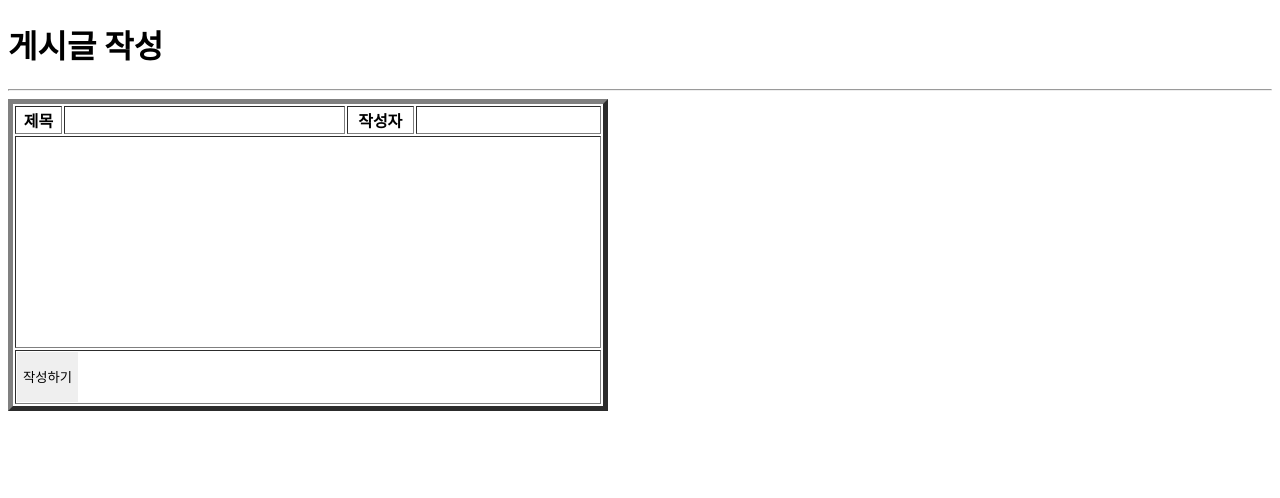
Repository: bbookk1104/spring-workspace
Page: http://localhost/02_SpringMVC_CRUD/boardWriteFrm.do
An editor plug-in stored every save of this project. The page is shown before and after the next save, followed by the edit.
The browser window is 1280 px wide. The pictures show the whole page.
The page is served by Tomcat 9.

Above is the page before, as saved 2022-10-04 05:33:25.

After the next save:
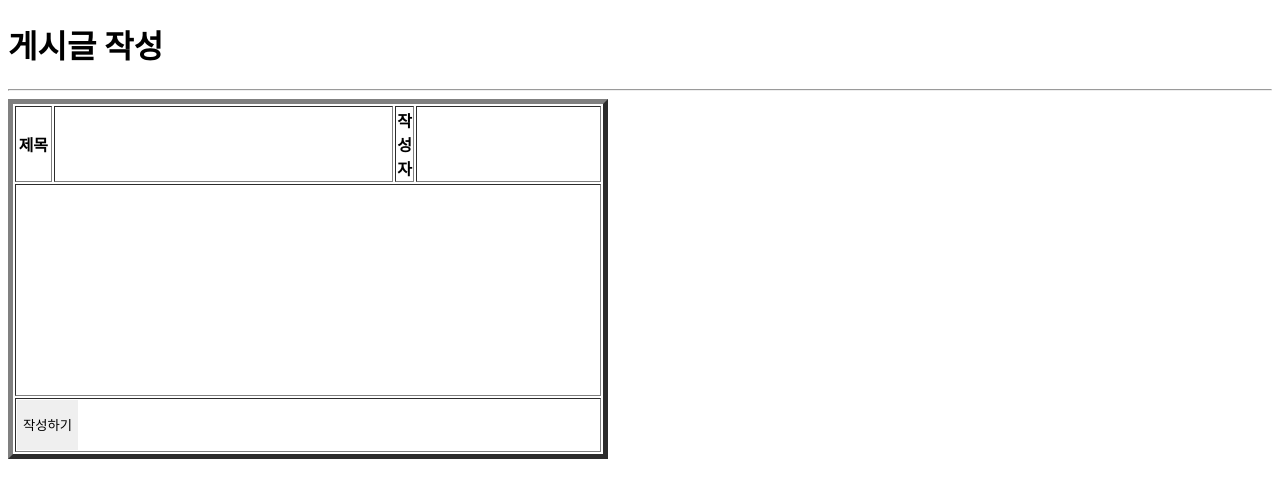
Saved 47 s later.
--- a/02_SpringMVC_CRUD/src/main/webapp/WEB-INF/views/board/boardWriteFrm.jsp
+++ b/02_SpringMVC_CRUD/src/main/webapp/WEB-INF/views/board/boardWriteFrm.jsp
@@ -13,7 +13,7 @@
 		<table style="width:600px" border=5>
 			<tr>
 				<th style="width:10%">제목</th>
-				<td style="width:55%">
+				<td style="width:100%">
 					<input type="text" name="boardTitle" style="border:0">
 				</td>
 				<th style="width:15%">작성자</th>

After the save that followed:
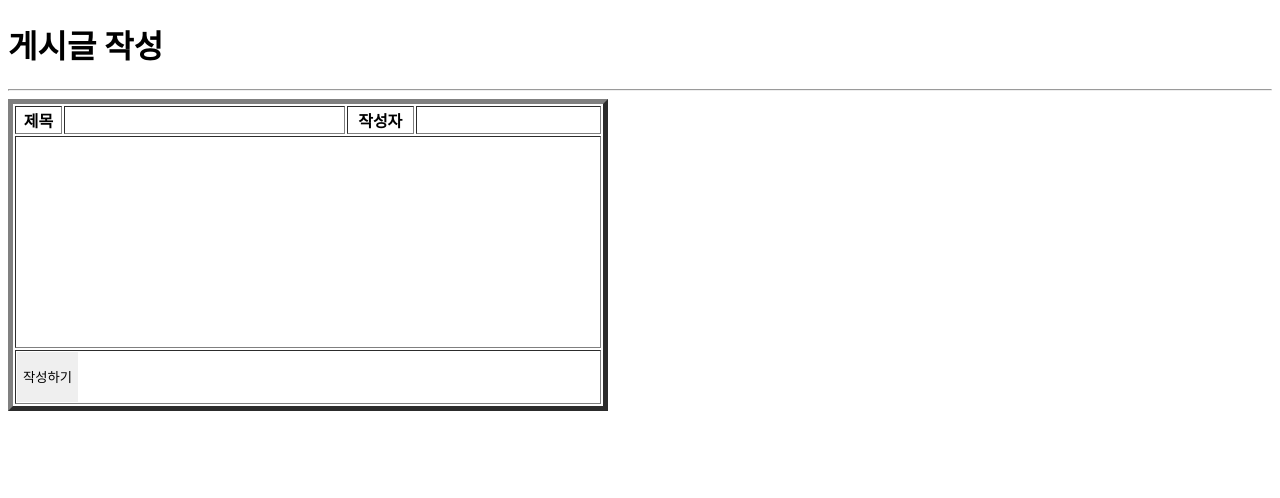
Saved 7 s later.
--- a/02_SpringMVC_CRUD/src/main/webapp/WEB-INF/views/board/boardWriteFrm.jsp
+++ b/02_SpringMVC_CRUD/src/main/webapp/WEB-INF/views/board/boardWriteFrm.jsp
@@ -13,7 +13,7 @@
 		<table style="width:600px" border=5>
 			<tr>
 				<th style="width:10%">제목</th>
-				<td style="width:100%">
+				<td style="width:55%">
 					<input type="text" name="boardTitle" style="border:0">
 				</td>
 				<th style="width:15%">작성자</th>
